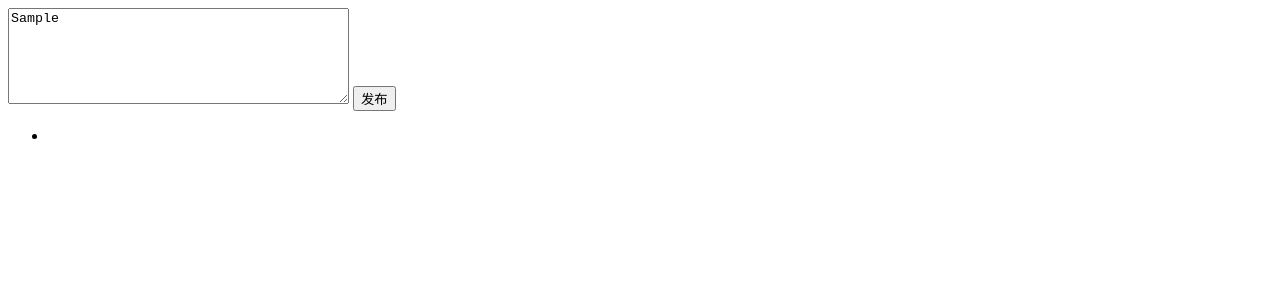
Repository: Sky0258/study
Page: js/9.发布留言案例.html
An editor plug-in stored every save of this project. The page is shown before and after the next save, followed by the edit.
The browser window is 1280 px wide. The pictures show the whole page.
Empty fields were first filled with sample values (such as "Sample", 5 or name@example.com).
After loading, the first visible `button` was clicked once.

Above is the page before, as saved 2022-09-11 17:12:43.
Console error: ReferenceError: create is not defined

### js/9.发布留言案例.html
<!-- 创建新的节点放置到某个特定节点里面，可以放在其子节点的后面 （类似push），也可以设置某个特定的子节点前面 -->
<!DOCTYPE html>
<html lang="en">
<head>
    <meta charset="UTF-8">
    <meta http-equiv="X-UA-Compatible" content="IE=edge">
    <meta name="viewport" content="width=device-width, initial-scale=1.0">
    <title>Document</title>
</head>
<body>
    <textarea cols="40" rows="6"></textarea>
    <button>发布</button>
    <ul>
        <li></li>
    </ul>
</body>
<script>
    var text = document.querySelector('textarea');
    var btn = document.querySelector('button');
    var ul = document.querySelector('ul');

    btn.onclick = function() {
        var li = create
    }
</script>
</html>

After the next save:
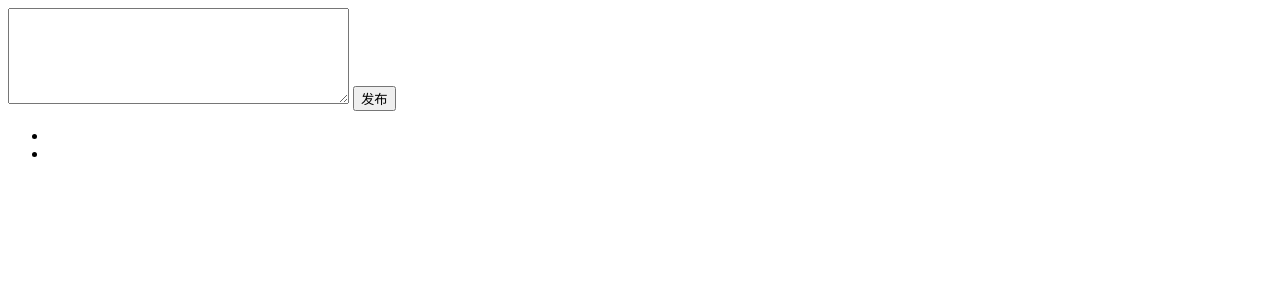
The error is gone.
Saved 2 min 3 s later.
--- a/js/9.发布留言案例.html
+++ b/js/9.发布留言案例.html
@@ -20,7 +20,13 @@
     var ul = document.querySelector('ul');
 
     btn.onclick = function() {
-        var li = create
+        if (text.value = ''){
+            alert('请输入您要发布的内容')
+        } else {
+            var li = document.createElement('li');
+            li.innerHTML = text.value;
+            ul.appendChild(li);
+        }
     }
 </script>
 </html>
